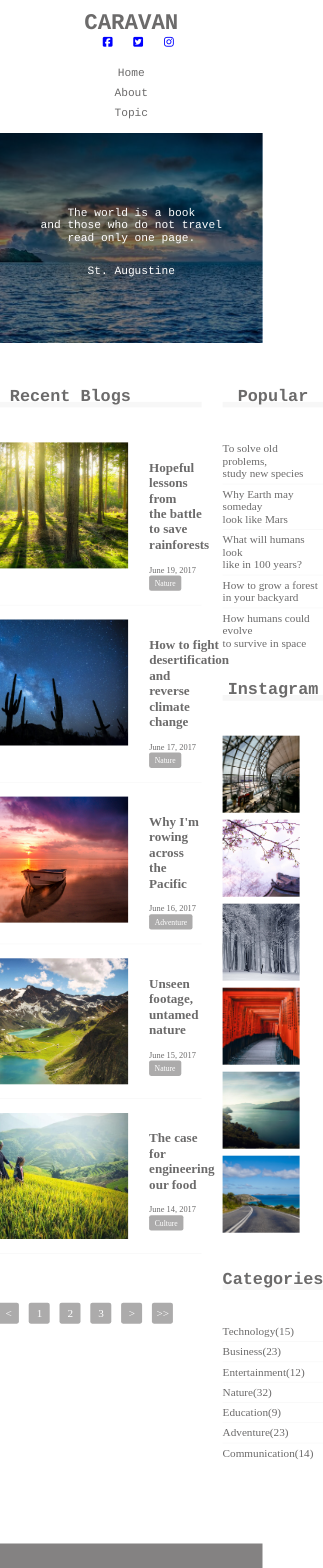
Repository: KoPiyt/Infratop-01
Page: caravan/index.html
The author's editor kept a record of every edit. The page is drawn from the files as they stood at one moment, then again after the next edit.
The browser window is 375 px wide. The page is 462 px wide, then 414 px, so the pictures cover 462 px, including what lies to the right of the window. The pictures show the part of the page from y = 0 to 2240 px (the page is 2325 px tall before and 3105 px after), at 70% of full size.
Some web libraries are served in a nearby version.

Above is the page before.

### caravan/index.html
<!DOCTYPE html>
<html lang="ja">
  <head>
    <meta charset="UTF-8" />
        <meta name="viewport" content="width=device-width,initial-scale=1.0">
    <script src="https://kit.fontawesome.com/45b41b99b0.js" crossorigin="anonymous"></script>
    <!-- CSSファイルの読み込み -->
    <link rel="stylesheet" href="style.css" />
    <title>CARAVAN</title>
  </head>

  <body>
    <!-- header -->
    <header>
      <h1 class="heading">
        <a href="index.html">
          CARAVAN
        </a>
      </h1>
      <div class="social">
        <i class="fab fa-facebook-square"></i>
        <i class="fab fa-twitter-square"></i>
        <i class="fab fa-instagram"></i>
      </div>


    </header>

    <!-- navigation -->
    <nav>
      <ul class="nav-list">
        <li class="nav-list-item">
          <a href="index.html">Home</a>
        </li>
        <li class="nav-list-item">About</li>
        <li class="nav-list-item">Topic</li>
      </ul>
    </nav>

    <!-- main-visual用のdiv -->
    <div class="main-visual">
      <div class="main-visual-content">
        <!-- pタグ（と文字）を追加 -->
        <p class="main-visual-text">
          The world is a book<br>
          and those who do not travel<br>
          read only one page.
        </p>
        <p class="main-visual-name">
          St. Augustine
        </p>      </div>
    </div>

    <!-- main用のdiv -->
    <main>
      <section class="blog">
        <h2 class="blog-heading">Recent Blogs</h2>
    <div class="blog-box">
          <div class="blog-item">
            <img class="blog-image" src="img/forest.jpg" />
            <section class="blog-text">
              <h3 class="blog-text-heading">
                <a href="single.html">
                  Hopeful lessons from<br>
                  the battle to save<br>
                  rainforests
                </a>
              </h3>
              <p class="blog-date">June 19, 2017</p>
              <span class="category">Nature</span>
            </section>
          </div>

          <div class="blog-item">
            <img class="blog-image" src="img/desert.jpg" />
            <section class="blog-text">
              <h3 class="blog-text-heading">
                <a href="single.html">
                  How to fight<br>
                  desertification and<br>
                  reverse climate change
                </a>
              </h3>
              <p class="blog-date">June 17, 2017</p>
              <span class="category">Nature</span>
            </section>
          </div>

          <div class="blog-item">
            <img class="blog-image" src="img/sunset.jpg" />
            <section class="blog-text">
              <h3 class="blog-text-heading">
                <a href="single.html">
                  Why I'm rowing<br>
                  across the Pacific
                </a>
              </h3>
              <p class="blog-date">June 16, 2017</p>
              <span class="category">Adventure</span>
            </section>
          </div>

          <div class="blog-item">
            <img class="blog-image" src="img/italy.jpg" />
            <section class="blog-text">
              <h3 class="blog-text-heading">
                <a href="single.html">
                  Unseen footage,<br>
                  untamed nature
                </a>
              </h3>
              <p class="blog-date">June 15, 2017</p>
              <span class="category">Nature</span>
            </section>
          </div>

          <div class="blog-item">
            <img class="blog-image" src="img/asia.jpg" />
            <section class="blog-text">
              <h3 class="blog-text-heading">
                <a href="single.html">
                  The case for<br>
                  engineering our food
                </a>
              </h3>
              <p class="blog-date">June 14, 2017</p>
              <span class="category">Culture</span>
            </section>
          </div>
        </div>

        <div class="pagination">
          <p><<</p>
          <p><</p>
          <p>1</p>
          <p>2</p>
          <p>3</p>
          <p>></p>
          <p>>></p>
        </div>
      </section>

      <div class="sidebar">
         <section class="popular">
          <h2 class="popular-heading common-heading">Popular</h2>
          <div class="sidebar-contents">
            <p class="popular-text">To solve old problems,<br>study new species</p>
            <p class="popular-text">Why Earth may someday<br>look like Mars</p>
            <p class="popular-text">What will humans look<br>like in 100 years?</p>
            <p class="popular-text">How to grow a forest<br>in your backyard</p>
            <p class="popular-text">How humans could evolve<br>to survive in space</p>
          </div>
         </section>

        <section class="instagram">
          <h2 class="instagram-heading common-heading">Instagram</h2>
          <div class="sidebar-contents">
            <div class="instagram-box"></div>
            <div class="instagram-box"></div>
            <div class="instagram-box"></div>
            <div class="instagram-box"></div>
            <div class="instagram-box"></div>
            <div class="instagram-box"></div>
          </div>
        </section>

        <section class="categories">
          <h2 class="categories-heading common-heading">Categories</h2>
          <div class="sidebar-contents">
            <p class="categories-text">Technology(15)</p>
            <p class="categories-text">Business(23)</p>
            <p class="categories-text">Entertainment(12)</p>
            <p class="categories-text">Nature(32)</p>
            <p class="categories-text">Education(9)</p>
            <p class="categories-text">Adventure(23)</p>
            <p class="categories-text">Communication(14)</p>
          </div>
        </section>

      </div>
    </main>

    <!-- footer -->
    <footer>
      <p class="footer-text">© All rights reserved by Infratop.Inc.</p>
    </footer>
  </body>
</html>

### caravan/style.css
/* ブラウザがそれぞれ持っているCSSをリセットするための記述 */
* {
  margin: 0;
  padding: 0;
  box-sizing: border-box;
  color: #6c6b6b;
}

a {
  text-decoration: none;
}

header, nav, h2, .main-visual, footer {
  font-family: Chalkduster, "Bradley Hand", Courier, "Segoe Print", sans-serif;
}


header {
  width: 90%; /* 横幅90% */
  padding: 15px 0;
  margin: 0 auto;
  text-align: center;
}

.social i {
  display: inline-block;
  margin-left: 20px;
}

header .heading { /* headerタグ内のheadingクラスにのみ反映される */
  font-size: 32px;
}

.nav-list {
  text-align: center;
  padding: 10px 0;
  margin: 0 auto;
}

.nav-list-item {
  list-style: none;
  display: inline-block;
  margin: 0 20px;
}

.main-visual {
  width: 100%; /* 横幅いっぱい */
  height: 300px; /* 高さ300px */
  background-image: url(img/mv.jpg);
  background-size: cover;
  background-position: center;
}

.main-visual-content {
  width: 40%; /* 横幅40% */
  height: 300px; /* 親の高さに揃える */
  background-color: rgba( 0, 0, 0, 0.5); /* 背景色を半透明の黒にする */
  text-align: center; /* 文字を中央揃えにする */
  padding-top: 105px; /* 上側の内側余白で垂直方向の位置を調整 */
}

.main-visual-text {
  color: #fff; /* 文字色を白に変更 */
}

.main-visual-name {
  margin-top: 30px; /* 上側の外側の余白 */
  color: #fff; /* 文字色を白に変更 */
}

main {
  width: 800px; /* 横幅800px */
  display: flex; /* Flexboxの利用 */
  justify-content: center; /* 要素の横並び・中央寄せ */
  margin: 0 auto; /* 要素の中央揃え */
  padding: 70px 0; /* 上下に70px、左右に0pxの内側余白 */
}

.blog {
  width: 540px;
  margin-right: 30px; /* 領域の右側余白 */
}

.blog-heading {
  border-bottom: 8px solid #f7f7f7;
  text-align: center;
  line-height: 0.6;
}

.blog-box {
  padding-top: 50px;
}

.blog-item {
  padding-bottom: 20px;
  margin-bottom: 20px;
  border-bottom: 1px solid #f7f7f7;
  display: flex;
  justify-content: flex-start;
}

.blog-image {
  height: 180px;
}

.blog-text {
  padding: 25px 0 0 30px;
}

.blog-text-heading {
  padding-bottom: 15px;
}

.blog-date {
  font-size: 12px;
  display: inline-block;
}

.category {
  display: inline-block;
  padding: 5px 8px;
  background-color: #acabab;
  border-radius: 3px;
  color: #fff;
  font-size: 11px;
}

.pagination {
  text-align: center;
  padding-top: 50px;
}

.pagination p {
  display: inline-block;
  width: 30px;
  height: 30px;
  margin: 0 5px;
  color: #fff;
  background-color: #acabab;
  border-radius: 3px;
  line-height: 30px;
}

.sidebar {
  width: 230px;
}

.common-heading {
  border-bottom: 8px solid #f7f7f7;
  text-align: center;
  line-height: 0.6;
}

.sidebar-contents {
  padding: 50px 0;
}

.popular-text,
.categories-text {
  padding-bottom: 5px;
  border-bottom: 1px solid #f7f7f7;
  margin-bottom: 5px;
}

.popular-text:last-child,
.categories-text:last-child {
  margin: 0;
  padding: 0;
  border: none;
}

.instagram .sidebar-contents {
  display: flex;
  flex-wrap: wrap;
}

.instagram-box {
  width: 110px;
  padding-top: 110px;
  background-size: cover;
  background-position: center;
  margin-bottom: 10px;
}

.instagram-box:nth-child(odd) {
  margin: 0 10px 10px 0;
}

.instagram-box:nth-child(1) {
  background-image: url(img/airport.jpg);
}

.instagram-box:nth-child(2) {
  background-image: url(img/japan.jpg);
}

.instagram-box:nth-child(3) {
  background-image: url(img/snow.jpg);
}

.instagram-box:nth-child(4) {
  background-image: url(img/japan2.jpg);
}

.instagram-box:nth-child(5) {
  background-image: url(img/lake.jpg);
}

.instagram-box:nth-child(6) {
  background-image: url(img/road.jpg);
}

footer {
  width: 100%; /* 横幅いっぱい */
  height: 120px; /* 高さ120px */

  text-align: center;
  line-height: 120px;
  background-color: #848282;
}

.footer-text {
  color: #fff;
}


@media screen and (max-width: 425px) {

  .social i {
    color: blue;
  }
  main{
    width:100%;
  }

   .nav-list {
    width: 100%;
  }
    .nav-list-item {
    width: 100%;
    margin: 0 0 10px 0;
  }
  .main-visual-content {
    width:100%;

  }
 .blog{
    width:100%;
  }
  .blog-heading{
    width:100%;
  }
  header{
    width:100%;
  }
  .blog-box{
    width:100%;
  }

  .sidebar{
    width: 100%;
  }
}

After the next edit:
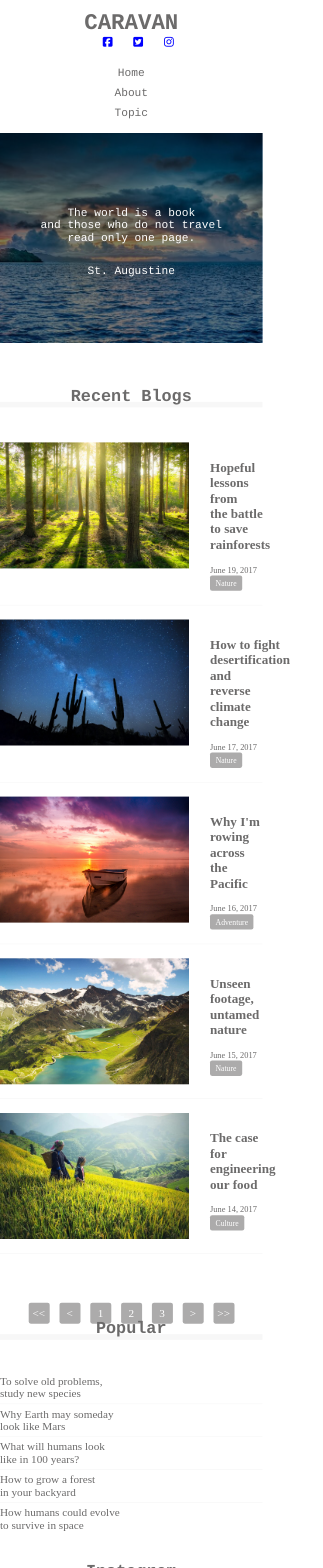
The edit:
--- a/caravan/style.css
+++ b/caravan/style.css
@@ -231,6 +231,7 @@
   }
   main{
     width:100%;
+    display: block
   }
 
    .nav-list {
